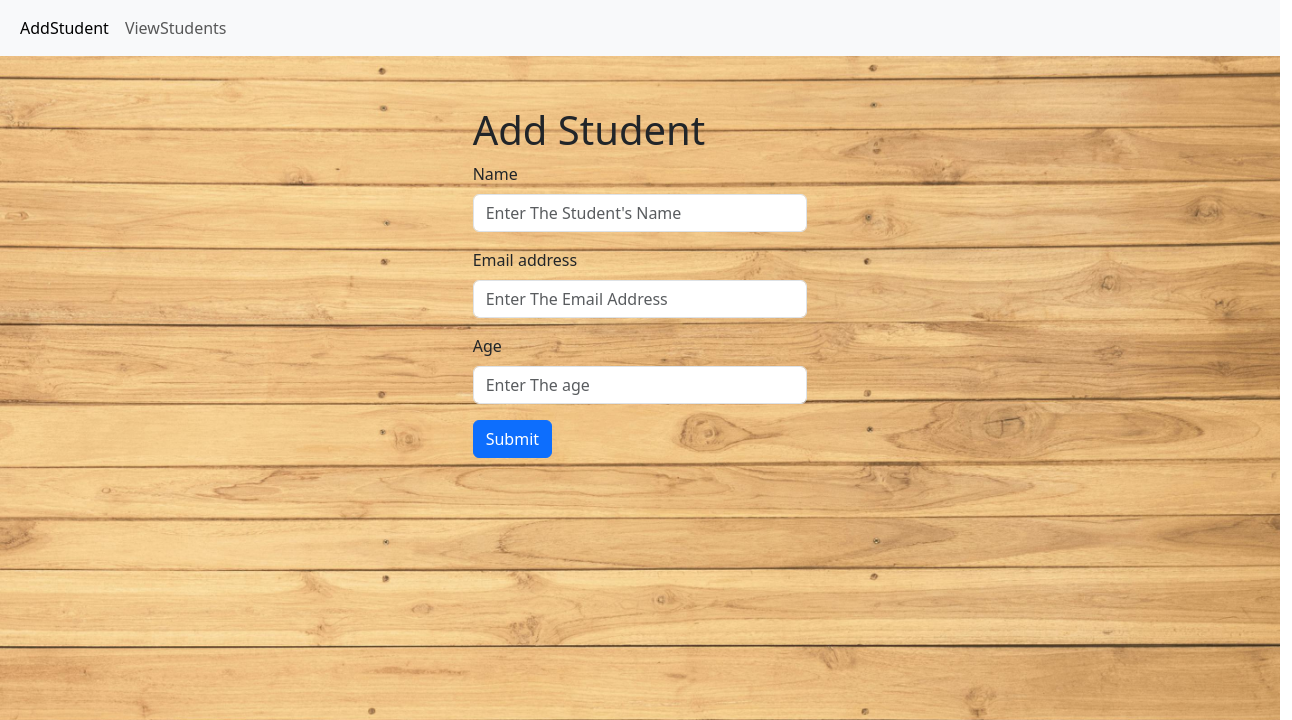
Repository: Manojs14/StudentManagementSystem
Page: http://localhost/Crud_form/
An editor plug-in stored every save of this project. The page is shown before and after the next save, followed by the edit.
The browser window is 1280 px wide. The page is 1292 px wide, so the pictures cover 1292 px, including what lies to the right of the window. The pictures show the whole page.
The page is served by Tomcat 9. Nobody is signed in. The application's start-up code is not run. Other server files are loaded and not shown.

Above is the page before, as saved 2024-07-11 09:00:33.

### Crud_form/src/main/webapp/index.jsp
<%@ page language="java" contentType="text/html; charset=UTF-8"
    pageEncoding="UTF-8"%>
<!DOCTYPE html>
<html>
<head>
<meta charset="UTF-8">
<title>The Student Form</title>
<style>
  body {
            background-image: url('image/pexels-fwstudio-33348-129731.jpg');
            background-size: cover;
            background-repeat: no-repeat;
            background-attachment: fixed;
        }
 .navbar navbar-expand-lg bg-body-tertiary{
 background-color:#206B93;
 }

</style>
<link href="https://cdn.jsdelivr.net/npm/bootstrap@5.3.2/dist/css/bootstrap.min.css" rel="stylesheet" integrity="sha384-T3c6CoIi6uLrA9TneNEoa7RxnatzjcDSCmG1MXxSR1GAsXEV/Dwwykc2MPK8M2HN" crossorigin="anonymous">
</head>
<body>





<!-- nav bar to navigate from addpage to viewpage -->
	<nav class="navbar navbar-expand-lg bg-body-tertiary">
		<div class="container-fluid">

			<div class="collapse navbar-collapse" id="navbarNav">
				<ul class="navbar-nav">
					<li class="nav-item"><a class="nav-link active"
						aria-current="page" href="index.jsp">AddStudent</a></li>
					<li class="nav-item"><a class="nav-link" href="ReadServlet">ViewStudents</a>
					</li>
				</ul>
			</div>
		</div>
	</nav>




<!-- Form which uses bootstrap rows and colm for form placement -->
 <div class="row">
    <div class="col-4">
    </div>
    <div class="col-4" style="padding:50px">
        <h1 style="">Add Student</h1>


        <!-- form is mapped to createservlet using @WebServlet -->
     <form action="CreateServlet" method="post">
  <div class="mb-3">
    <label for="username" class="form-label">Name </label>
    <input type="text" class="form-control" id="name1" name="name" aria-describedby="text" placeholder="Enter The Student's Name" required>
  </div>
   <div class="mb-3">
    <label for="exampleInputEmail1" class="form-label">Email address</label>
    <input type="email" class="form-control" name="email" required id="email" aria-describedby="emailHelp" placeholder="Enter The Email Address" required>
  </div>
  <div class="mb-3">
    <label for="number" class="form-label">Age</label>
    <input type="number" class="form-control" name="age" required id="age" placeholder="Enter The age" required>
  </div>
  <button type="submit" class="btn btn-primary">Submit</button>
</form>
</div>
</div>







 <script src="https://cdn.jsdelivr.net/npm/@popperjs/core@2.11.8/dist/umd/popper.min.js" integrity="sha384-I7E8VVD/ismYTF4hNIPjVp/Zjvgyol6VFvRkX/vR+Vc4jQkC+hVqc2pM8ODewa9r" crossorigin="anonymous"></script>
<script src="https://cdn.jsdelivr.net/npm/bootstrap@5.3.2/dist/js/bootstrap.min.js" integrity="sha384-BBtl+eGJRgqQAUMxJ7pMwbEyER4l1g+O15P+16Ep7Q9Q+zqX6gSbd85u4mG4QzX+" crossorigin="anonymous"></script>

</body>

After the next save:
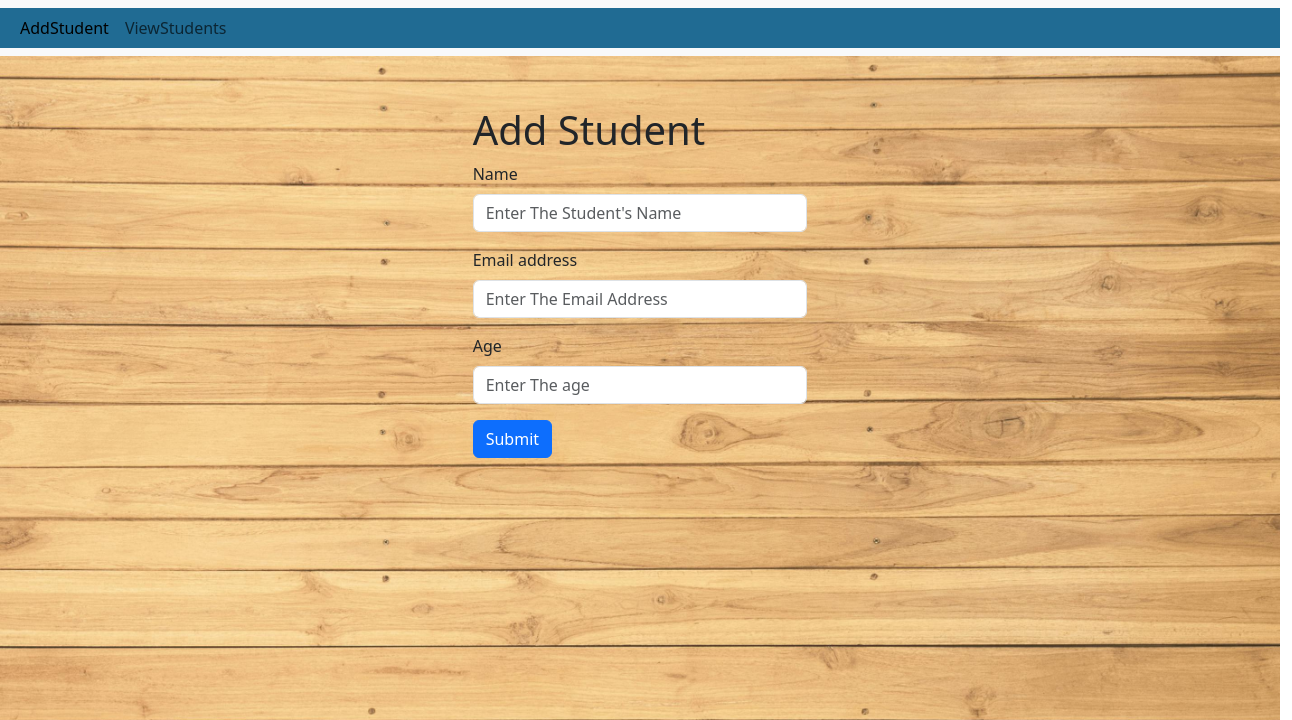
Saved 21 s later.
--- a/Crud_form/src/main/webapp/index.jsp
+++ b/Crud_form/src/main/webapp/index.jsp
@@ -12,7 +12,7 @@
             background-repeat: no-repeat;
             background-attachment: fixed;
         }
- .navbar navbar-expand-lg bg-body-tertiary{
+ .container-fluid{
  background-color:#206B93;
  }
 

After the save that followed:
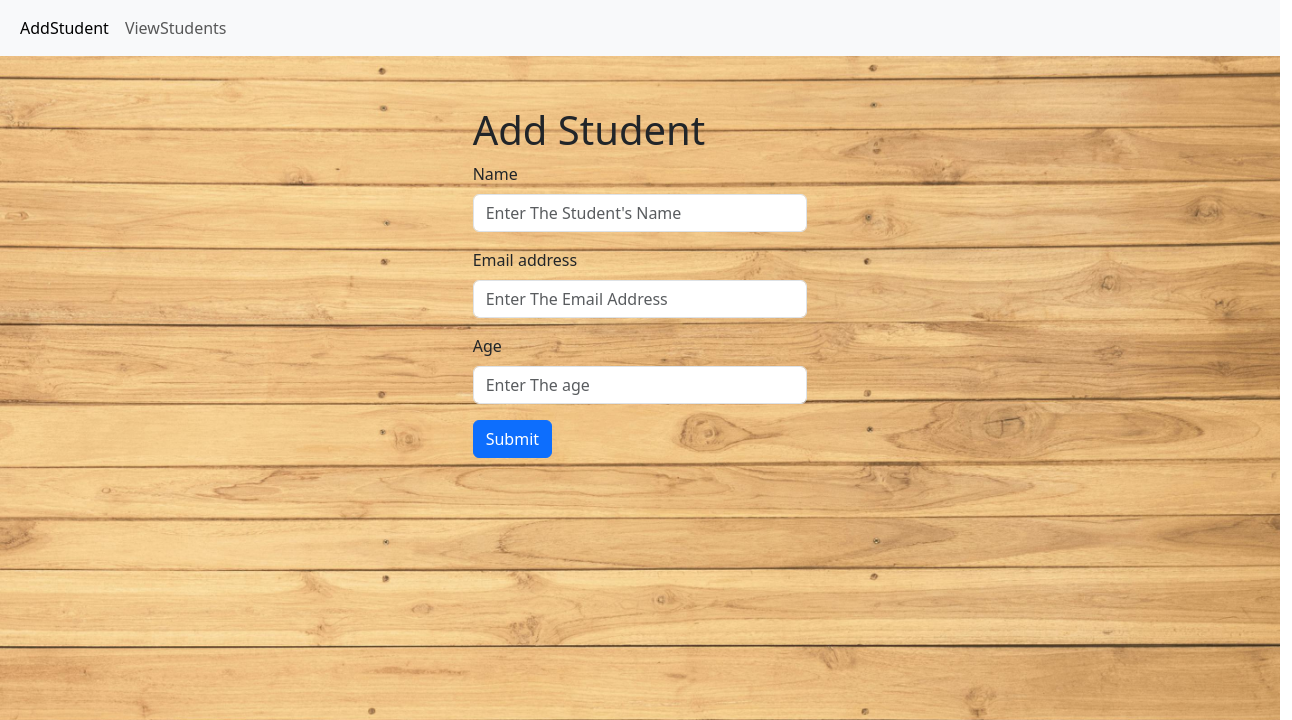
Saved 21 s later.
--- a/Crud_form/src/main/webapp/index.jsp
+++ b/Crud_form/src/main/webapp/index.jsp
@@ -12,7 +12,7 @@
             background-repeat: no-repeat;
             background-attachment: fixed;
         }
- .container-fluid{
+ .navbar{
  background-color:#206B93;
  }
 
